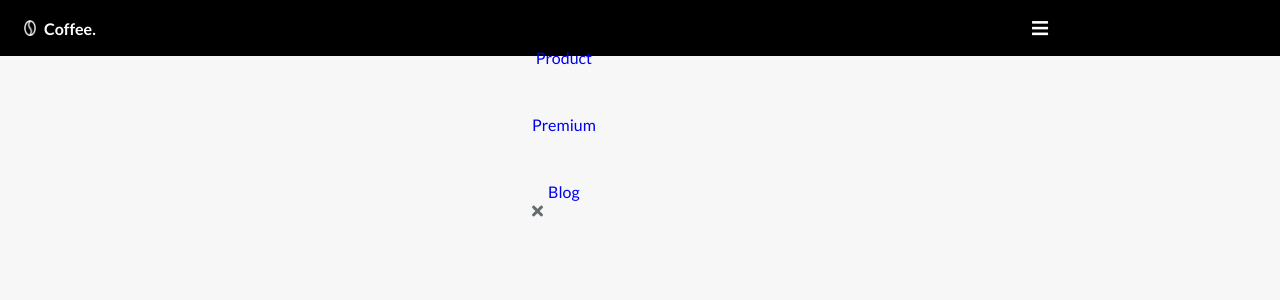
Repository: Nguyenductuan-dev/Website-coffee
Page: index.html
These files come from the project's save history. The page is drawn as it stood at one moment and after the next save; the edit follows.
The browser window is 1280 px wide. The pictures show the whole page.

Above is the page before, as saved 2022-04-01 00:02:56.
Not found: assets/js/main.js

### index.html
<!DOCTYPE html>
<html lang="en">
<head>
    <meta charset="UTF-8">
    <meta http-equiv="X-UA-Compatible" content="IE=edge">
    <meta name="viewport" content="width=device-width, initial-scale=1.0">
    <link rel="shortcut icon" href="assets/imgs/favicon.png" type="image/x-icon">
    <link rel="stylesheet" href="https://cdnjs.cloudflare.com/ajax/libs/font-awesome/5.15.1/css/all.min.css" />
    <link rel="preconnect" href="https://fonts.googleapis.com">
    <link rel="preconnect" href="https://fonts.gstatic.com" crossorigin>
    <link href="https://fonts.googleapis.com/css2?family=Lato:wght@400;700&family=Montserrat:ital,wght@0,200;0,300;0,400;0,500;0,600;0,700;1,600&display=swap" rel="stylesheet">
    <link rel="stylesheet" href="assets/css/style.css">
    <title>Website coffee</title>
</head>
<body>
    <header class="header" id="header">
        <nav class="nav container">
            <a href="/" class="nav__logo">
                <img src="assets/imgs/logo.png" alt="" class="nav__logo-img">
                Coffee.
            </a>

            <div class="nav__menu" id="nav-menu">
                <ul class="nav__list">
                    <li class="nav__item">
                        <a href="#home" class="nav__link">Home</a>
                    </li>
                    <li class="nav__item">
                        <a href="#product" class="nav__link">Product</a>
                    </li>
                    <li class="nav__item">
                        <a href="#premium" class="nav__link">Premium</a>
                    </li>
                    <li class="nav__item">
                        <a href="#blog" class="nav__link">Blog</a>
                    </li>
                </ul>

                <div class="nav__close" id="nav-close">
                    <i class="fas fa-times"></i>
                </div>
            </div>

            <!-- Toggle button -->
            <div class="nav__toggle" id="nav-toggle">
                <i class="fas fa-bars"></i>
            </div>
        </nav>
    </header>



    <script src="assets/js/main.js"></script>
</body>
</html>

### assets/css/style.css
:root {
    --header-height: 3.5rem;
    /* ===============Color=============== */
    --first-color: hsl(36, 72%, 48%);
    --first-color-alt: hsl(36, 72%, 44%);
    --black-color: hsl(206, 12%, 12%);
    --card-color: hsl(0, 0%, 90%);
    --tittle-color: hsl(206, 12%, 12%);
    --text-color: hsl(206, 4%, 42%);
    --tittle-color-light: hsl(206, 4%, 75%);
    --body-color: hsl(206, 4%, 97%);
    --container-color: #fff;

    /* ==============Font=============== */
    --body-font: 'Lato', sans-serif;
    --biggest-font-size: 2.25rem;
    --h1-font-size: 1.5rem;
    --h2-font-size: 1.25rem;
    --h3-font-size: 1rem;
    --normal-font-size: .938rem;
    --small-font-size: .813rem;
    --smaller-font-size: .75rem;

    /* ==============Font weidth========= */
    --font-bold: 700;

    /* ==============Z-index============= */
    --z-tooltip: 10;
    --z-fixed: 100;
}

@media screen and (min-width: 968px){
    :root {
        --biggest-font-size: 3.5rem;
        --h1-font-size: 2.25rem;
        --h2-font-size: 1.5rem;
        --h3-font-size: 1.25rem;
        --normal-font-size: 1rem;
        --small-font-size: .875rem;
        --smaller-font-size: .813rem;
    }
}

/* =================BASE================== */
* {
    padding: 0;
    margin: 0;
    box-sizing: border-box;
}

html {
    scroll-behavior: smooth;
}

body {
    font-family: var(--body-font);
    font-size: var(--normal-font-size);
    background-color: var(--body-color);
    color: var(--text-color);
}

h1,h2,h3 {
    color: var(--tittle-color);
    font-weight: var(--font-bold);
}

h1,h2,h3,p {
    line-height: 140%;
}

ul {
    list-style: none;

}
a {
    text-decoration: none;
}
img {
    max-width: 100%;
    height: auto;
}
button {
    border: none;
    outline: none;
    cursor: pointer;
}

.container {
    max-width: 1024px;
    margin-left: 1.5rem;
    margin-right: 1.5rem;
}
.grid {
    display: grid;
    gap: 1.5rem;
}
.section {
    padding: 4.5rem 0 2rem;
}
.section__title {
    position: relative;
    font-size: var(--h1-font-size);
    padding-left: 1.25rem;
    margin-bottom: 2.5rem;
}
.section__title::before {
    content: '';
    position: absolute;
    top: 8px;
    left: 0;
    width: 3px;
    height: 20px;
    background-color: var(--first-color);
}
/* ====================== HEADER & NAV ====================*/
.header {
    width: 100%;
    background: #000;
    position: fixed;
    top: 0;
    left: 0;
    z-index: var(--z-fixed);
}
.nav {
    height: var(--header-height);
    display: flex;
    justify-content: space-between;
    align-items: center;
}
.nav__logo,
.nav__toggle {
    color: #fff;
}
.nav__logo {
    display: flex;
    align-items: center;
    column-gap: .5rem;
    font-weight: var(--font-bold);
}
.nav__logo-img {
    width: .75rem;
}
.nav__toggle {
    display: inline-flex;
    font-size: 1.15rem;
    cursor: pointer;
}

@media screen and (max-width: 767px) {
    .nav__menu {
        position: fixed;
        background-color: var(--black-color);
        top: 0;
        right: 0;
        width: 100%;
        height: 100%;
        transition: .3s;
    }
}

.nav__list {
    display: flex;
    flex-direction: column;
    text-align: center;
    row-gap: 3rem;
    padding-top: 9rem;
}

After the next save:
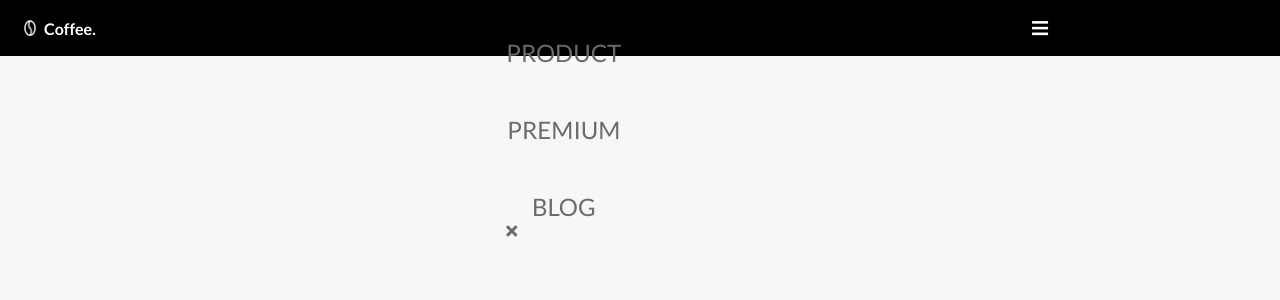
Saved 11 min 28 s later.
--- a/assets/css/style.css
+++ b/assets/css/style.css
@@ -165,3 +165,8 @@ button {
     row-gap: 3rem;
     padding-top: 9rem;
 }
+.nav__link {
+    text-transform: uppercase;
+    color: var(--text-color-light);
+    font-size: var(--h2-font-size);
+}
